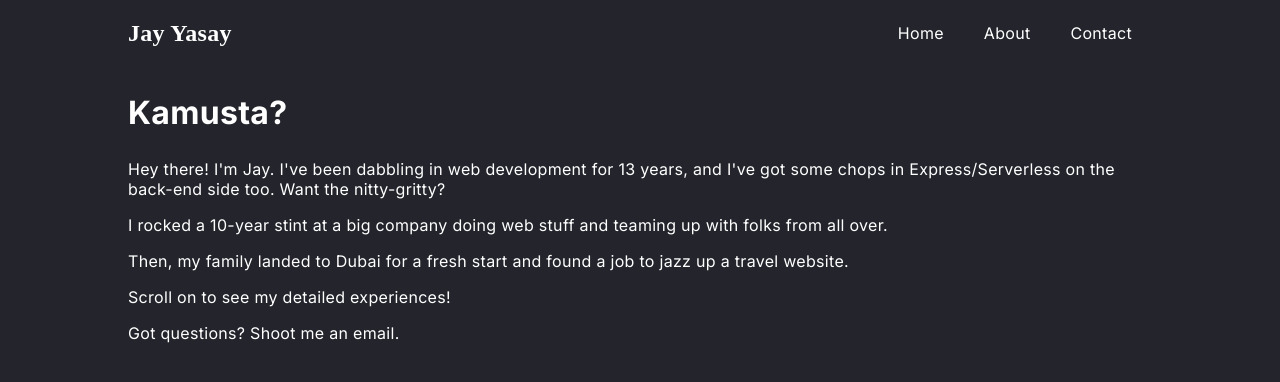
Repository: jayyasay/portfolio
Page: /
The author's editor kept a copy of each file at every save. The page is drawn from the files as they stood at one save, then again after the next save.
The browser window is 1280 px wide. The pictures show the whole page.
Some web fonts or font styles are not loaded; a fallback is used. The project was rebuilt for these pictures with package versions that can differ from the ones it lists, and the page was loaded fresh each time. Also part of the build but not shown: src/App.css, src/pages/About.js.

Above is the page before, as saved 2023-09-20 10:29:04.

### src/index.css
@import url('https://fonts.googleapis.com/css2?family=Inter:wght@100;200;300;400;500;600;700;800;900&family=Skranji:wght@400;700&display=swap');

body {
  margin: 0;
  font-family: 'Inter', sans-serif;
  -webkit-font-smoothing: antialiased;
  -moz-osx-font-smoothing: grayscale;
  background-color: #23242c;
}

body * {
  letter-spacing: 0.3px;
}

h1 {
  font-family: 'Skranji', cursive;
  color: #fff;
}

code {
  font-family: source-code-pro, Menlo, Monaco, Consolas, 'Courier New',
    monospace;
}

h1, h2, h3, h4, h5, h6, p {
  color: #fff
}

h2 {
  font-size: 2rem;
}

p,a  {
  font-size: 1rem;
}

#root {
  padding: 0 20px;
}

@media screen and (min-width: 768px) {
  #root {
    padding: 0;
  }
}

### src/App.js
import './App.css';
import Navigation from './components/Navigation';
import { BrowserRouter as Router, Routes, Route } from 'react-router-dom';
import Home from './pages/Home';
import About from './pages/About';

function App() {
  return (
    <>
      <Router>
        <Navigation />
        <Routes>
          <Route path="/" element={<Home />} />
          <Route path="/about" element={<About />} />
          {/* You can add a route for Contact here when you're ready */}
        </Routes>
      </Router>
    </>
  );
}

export default App;

### src/components/Navigation.js
import React, { useState } from "react";
import styled from "styled-components";
import { Link } from "react-router-dom";

const Nav = styled.nav`
  background-color: #23242c;
  display: flex;
  flex-direction: column;

  @media screen and (min-width: 768px) {
    flex-direction: row;
  }
`;

const Wrapper = styled.div`
  @media screen and (min-width: 768px) {
    display: flex;
    flex-direction: row;
    width: 1024px;
    margin: auto;
  }
`;

const StyledLink = styled(Link)`
  display: flex;
  align-items: center;
  padding: 10px 20px;
  color: white;
  text-align: center;
  text-decoration: none;
  justify-content: center;

  @media screen and (min-width: 768px) {
    height: 100%;
    padding: 0 20px;
    &:hover {
      background-color: #ddd;
      color: black;
    }
  }
`;

const BurgerIcon = styled.span`
  display: none;
  @media screen and (max-width: 767px) {
    display: block;
    position: absolute;
    right: 20px;
    top: 24px;
    cursor: pointer;
    color: #fff;
  }
`;

const NavItems = styled.div`
  @media screen and (max-width: 767px) {
    display: flex;
    flex-direction: column;
    align-items: center;
    width: 100%;
    max-height: ${(props) =>
      props.open
        ? "100vh"
        : "0"};
    transition: max-height 0.2s ease-in-out;
    text-align: center;
    height: calc(100vh - 72.81px);
    background-color: #33363D;
    position: absolute;
    top: 72.81px;
    left: 0;
    overflow: hidden;
  }

  @media screen and (min-width: 768px) {
    align-items: center;
    margin-left: auto;
    display: flex;
  }
`;

const Navigation = () => {
  const [isOpen, setIsOpen] = useState(false);

  return (
    <Nav>
      <Wrapper>
        <h1>Jay Yasay</h1>
        <BurgerIcon onClick={() => setIsOpen(!isOpen)}>☰</BurgerIcon>
        <NavItems open={isOpen}>
          <StyledLink to="/" onClick={() => setIsOpen(!isOpen)}>
            Home
          </StyledLink>
          <StyledLink to="/about" onClick={() => setIsOpen(!isOpen)}>
            About
          </StyledLink>
          <StyledLink to="#" onClick={() => setIsOpen(!isOpen)}>
            Contact
          </StyledLink>
        </NavItems>
      </Wrapper>
    </Nav>
  );
};

export default Navigation;

### src/pages/Home.js
import styled from "styled-components";

const HomeWrapper = styled.div`
  @media screen and (min-width: 768px) {
    max-width:1024px;
    margin: auto;
  }
`;

const Home = () => {
  return (
    <>
      <HomeWrapper>
        <h2>Kamusta?</h2>
        <p>
            Hey there! I'm Jay. I've been dabbling in web development for 13 years, and I've got some chops in Express/Serverless on the back-end side too.  Want the nitty-gritty?
        </p>
        <p>
            I rocked a 10-year stint at a big company doing web stuff and teaming up with folks from all over.
        </p>
        <p>
            Then, my family landed to Dubai for a fresh start and found a job to jazz up a travel website.
        </p>
        <p>
            Scroll on to see my detailed experiences!
        </p>
        <p>
            Got questions? Shoot me an email.
        </p>
      </HomeWrapper>
    </>
  );
};

export default Home;

Loaded but not shown: public/index.html (common file); src/index.js (common file); src/reportWebVitals.js (common file)

After the next save:
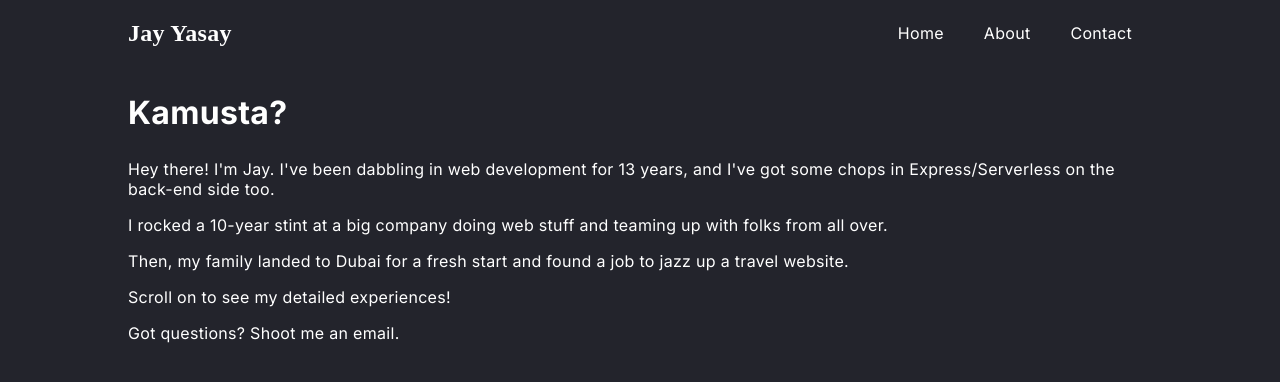
Saved 14 s later.
--- a/src/pages/Home.js
+++ b/src/pages/Home.js
@@ -13,7 +13,7 @@
       <HomeWrapper>
         <h2>Kamusta?</h2>
         <p>
-            Hey there! I'm Jay. I've been dabbling in web development for 13 years, and I've got some chops in Express/Serverless on the back-end side too.  Want the nitty-gritty?
+            Hey there! I'm Jay. I've been dabbling in web development for 13 years, and I've got some chops in Express/Serverless on the back-end side too.
         </p>
         <p>
             I rocked a 10-year stint at a big company doing web stuff and teaming up with folks from all over.
